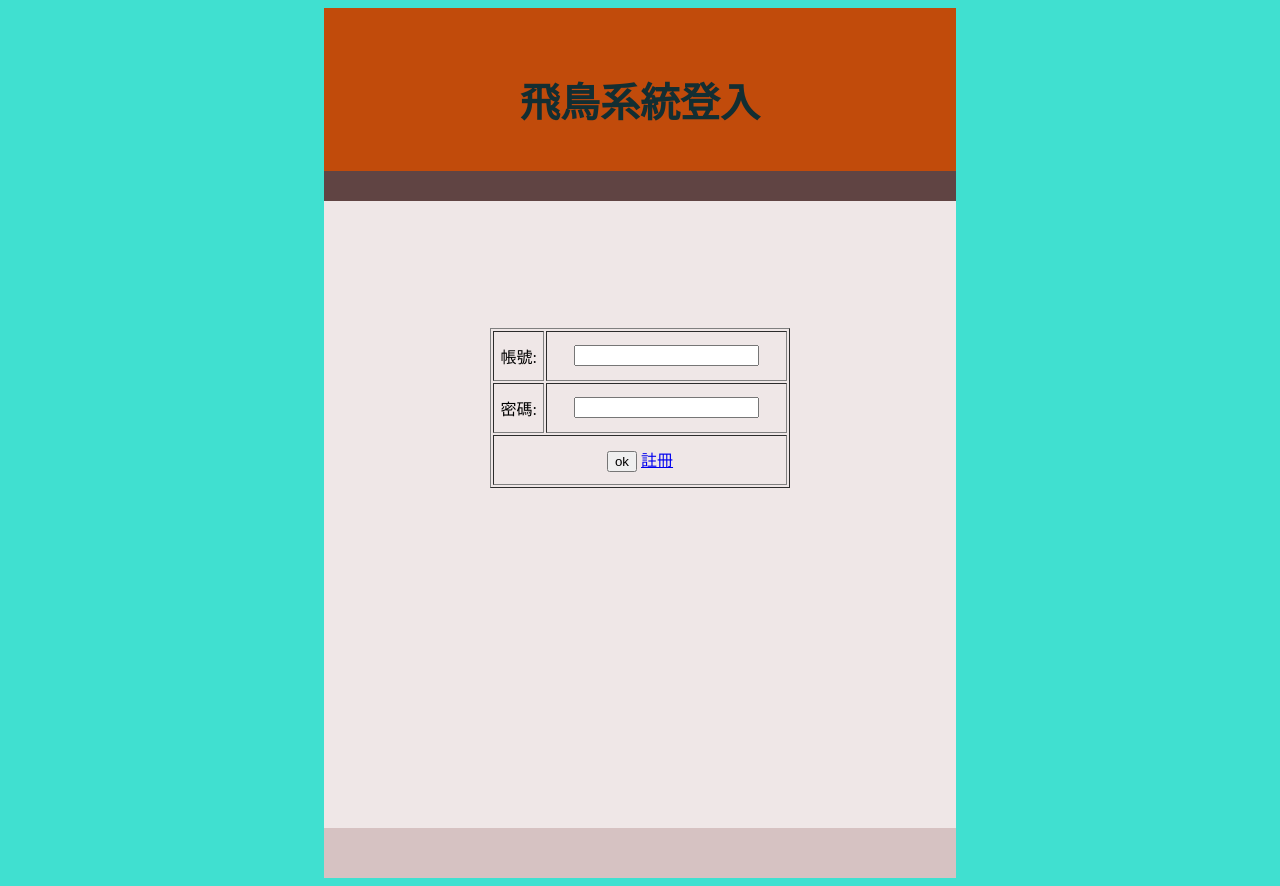
Repository: pride0420/portfolio
Page: Portfolio/1_springBoot/src/main/resources/static/index.html
An editor plug-in stored every save of this project. The page is shown before and after the next save, followed by the edit.
The browser window is 1280 px wide. The pictures show the whole page.

Above is the page before, as saved 2023-11-30 14:42:54.

### Portfolio/1_springBoot/src/main/resources/static/index.html
<!DOCTYPE html>
<html>
<link rel="stylesheet" href="css/index.css">
<head>
<meta charset="utf-8">
<title>Insert title here</title>
</head>
<body>
<form action="login" method="post">
<div id="header" >飛鳥系統登入</div>
	<div id="navigater"></div>
		<div id="content"><table align="center" border="1" width=300>
		<tr align="center" height=50>
			<td>帳號:</td>
			<td><input type="text" name="username"></td>
		</tr>
		<tr align="center" height=50>
			<td>密碼:</td>
			<td><input type="password" name="password"></td>
		</tr>
		<tr align="center" height=50>
			<td colspan="2"><input type="submit" value="ok">
			<a href="addError">註冊</td>

		</tr>
	</table></div>
</form>

<div id="footer"></div>
</body>
</html>

### Portfolio/1_springBoot/src/main/resources/static/css/index.css
@charset "BIG5";
body{
	 background-color:  #40e0d0;
}
#header{
	background-color: #C14B0B;
	width: 50%;
	height:100px;
	margin-left: 25%;
	color: #132E32;
	font-weight:800;
	font-size:250%;
	text-align: center;
	padding-top: 5%;
}
#navigater{

	background-color:#604443;
	width: 50%;
	height:30px;
	margin-left: 25%;
}
#nav{
	color:white;
	padding-left:60%;

}
#content{
	background-color:#EFE7E7;
	width: 50%;
	height:500px;
	margin-left: 25%;
	padding-top: 10%;
}
#footer{
	background-color:#D6C2C2;
	width: 50%;
	height:50px;
	margin-left: 25%;
}
op table{
	padding-top: 5%;
	padding-bottom: 5%;


}

After the next save:
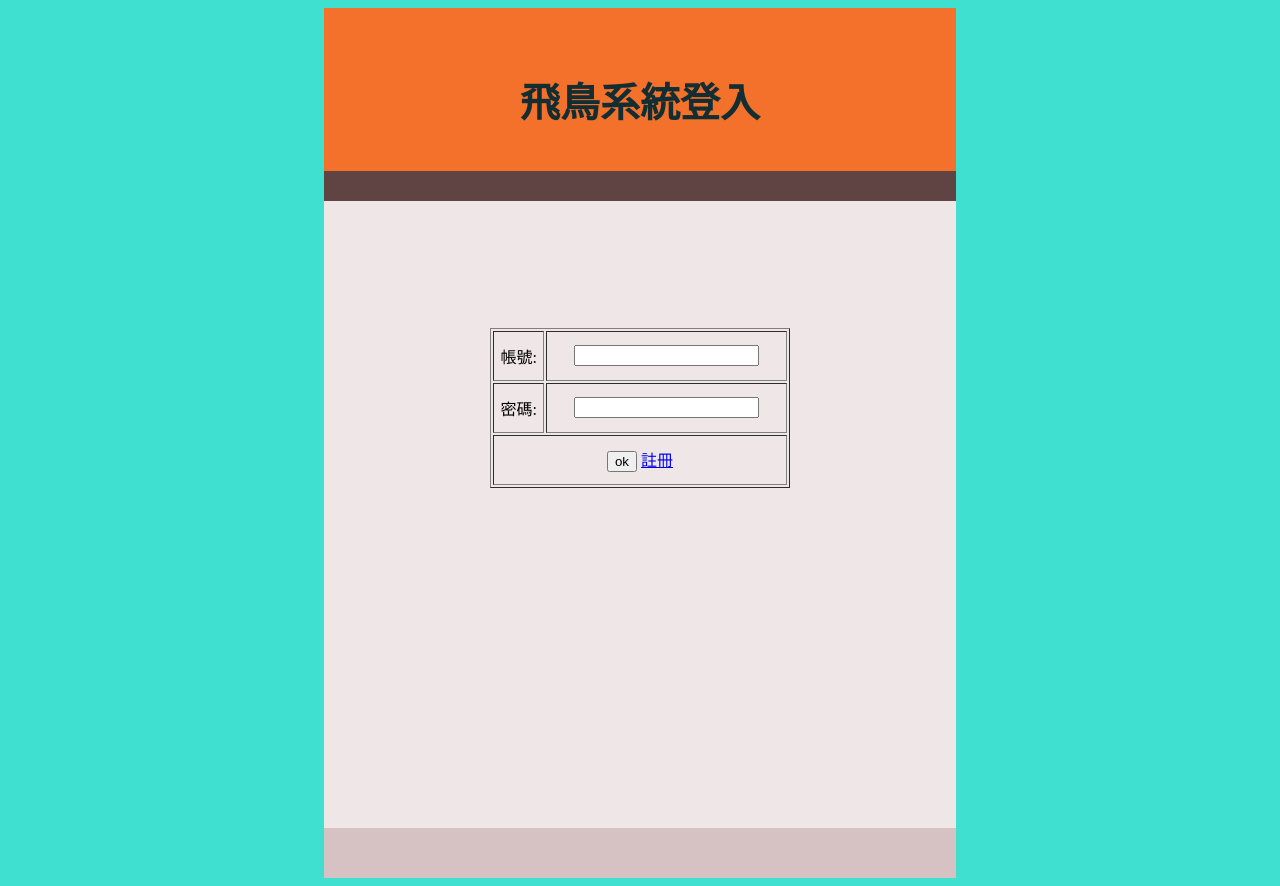
Saved 38 s later.
--- a/Portfolio/1_springBoot/src/main/resources/static/css/index.css
+++ b/Portfolio/1_springBoot/src/main/resources/static/css/index.css
@@ -3,7 +3,7 @@ body{
 	 background-color:  #40e0d0;
 }
 #header{
-	background-color: #C14B0B;
+	background-color: #F3712B;
 	width: 50%;
 	height:100px;
 	margin-left: 25%;
